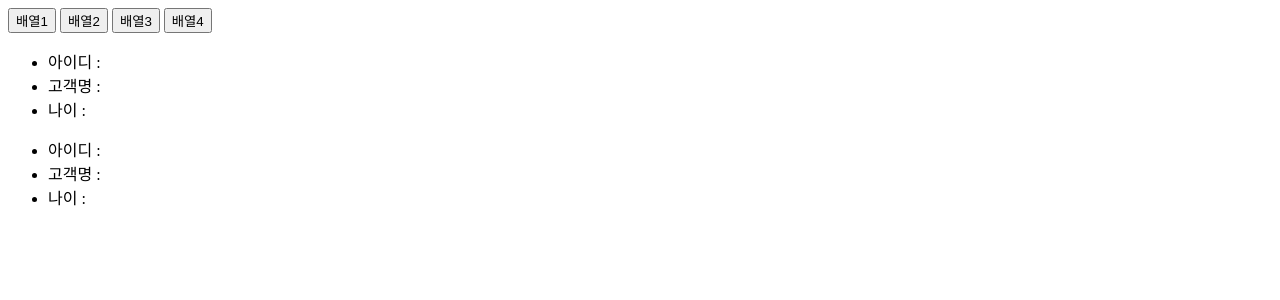
Repository: sagong0/servlet
Page: web/src/main/webapp/array1.html
The author's editor kept a copy of each file at every save. The page is drawn from the files as they stood at one save, then again after the next save.
The browser window is 1280 px wide. The pictures show the whole page.
After loading, the first visible `input[onclick="bbb()"]` was clicked once.

Above is the page before, as saved 2023-08-09 03:12:53.

### web/src/main/webapp/array1.html
<!DOCTYPE html>
<html>
<head>
<meta charset="UTF-8">
<title>배열구조 생성법 및 콘솔출력 1</title>
</head>
<body>
<input type="button" value="배열1" onclick="aaa()">
<input type="button" value="배열2" onclick="bbb()">
<input type="button" value="배열3" onclick="ccc()">
<input type="button" value="배열4" onclick="ddd()">

<div id="box">
	<!--
	<ul>
		<li>아이디 : </li>
		<li>고객명 : </li>
		<li>나이 : </li>
	</ul>
	-->
</div>
<script>
	var html = document.getElementById("box");
	function aaa(){
		// {} 배열 구조는 대표키가 있으며, 단 대표키는 중복X.
		var data = {
			"myinfo1":["홍길동","25","hong@nate.com"],
			"myinfo2":["김유신","30","kim@nate.com"]
		};
		console.log(data);
	}
	function bbb(){
		// 대표키 (Table 명), 대표키 안에 각각의 파트별로 보조키(컬럼명)을 이용하여
		// 배열을 설계하는 방식
		var data = {
			"myinfo" : [
			{
				"id": "hong",
				"name":"홍길동",
				"age" : "25"
			},
			{
				"id": "kim",
				"name":"kim길동",
				"age" : "30"
			}
			]
		}
		var ea = data["myinfo"].length;
		console.log(ea);
		var w = 0;
		var html = document.getElementById("box");
		while(w < ea){
			//console.log(data["myinfo"][w]["name"]);
			html.innerHTML += `
				<ul>
					<li>아이디 : </li>
					<li>고객명 : </li>
					<li>나이 : </li>
				</ul>
			`;
			w++;
		}

	}
	function ccc(){
		// 대표키(Table명) 이며, 그 외에 2차배열 형태로 데이터값을 순서대로
		// 나열하여 출력하는 배열 형태.
		var data = {
			"myinfo" :[
				["hong","25","hong@nate.com"],
				["kim","30","kim@nate.com"]
			]
		};

		console.log(data);
	}
	function ddd(){
		// 복합키
		var data = {
			"myinfo" : [
				{
					"id" : "hong", "name" :"홍길동", "age":"25",
					"log_history":[
						{"last_day": "2023-08-09"}
					]
				},
				{
					"id" : "kim", "name" :"김유신", "age":"30",
					"log_history":[
						{"last_day": ""}
					]
				}
			]
		}
		console.log(data);
	}

</script>

</body>
</html>

After the next save:
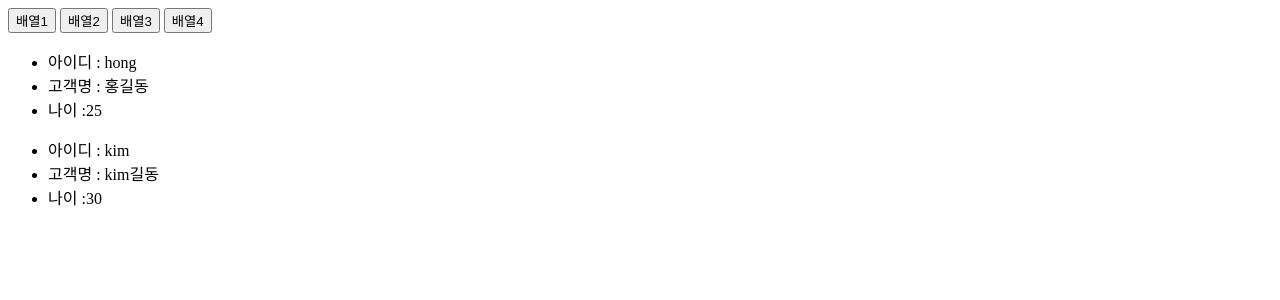
Saved 69 s later.
--- a/web/src/main/webapp/array1.html
+++ b/web/src/main/webapp/array1.html
@@ -51,12 +51,12 @@
 		var w = 0;
 		var html = document.getElementById("box");
 		while(w < ea){
-			//console.log(data["myinfo"][w]["name"]);
+			//console.log(data["myinfo"][w]["id"]);
 			html.innerHTML += `
 				<ul>
-					<li>아이디 : </li>
-					<li>고객명 : </li>
-					<li>나이 : </li>
+					<li>아이디 : ` +data["myinfo"][w]["id"]+ `</li>
+					<li>고객명 : ` +data["myinfo"][w]["name"]+`</li>
+					<li>나이 :` + data["myinfo"][w]["age"]+ `</li>
 				</ul>
 			`;
 			w++;
